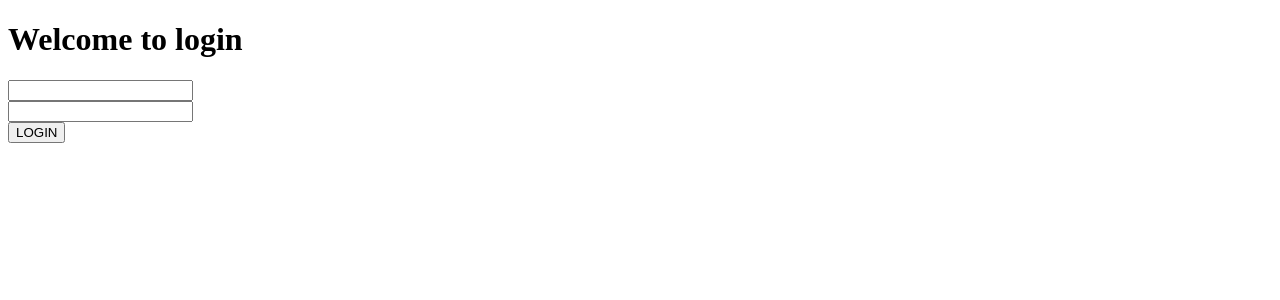
Repository: satishkumarms/WorkSpace
Page: http://localhost/MovieTicketBooking/login
These files come from the project's save history. The page is drawn as it stood at one moment and after the next save; the edit follows.
The browser window is 1280 px wide. The pictures show the whole page.
The page is served by Tomcat 9. Other server files are loaded and not shown.

Above is the page before, as saved 2018-07-21 11:26:21.

### MovieTicketBooking/WebContent/login.jsp
<%@ page language="java" contentType="text/html; charset=ISO-8859-1"
    pageEncoding="ISO-8859-1"%>
<!DOCTYPE html PUBLIC "-//W3C//DTD HTML 4.01 Transitional//EN" "http://www.w3.org/TR/html4/loose.dtd">
<html>
<head>
<meta http-equiv="Content-Type" content="text/html; charset=ISO-8859-1">
<title>Insert title here</title>
</head>
<body>
<h1> Welcome to login </h1>
<form action="movieLogin" method ="post">
<input type="text" name="login" value=""/></br>
<input type="password" name="password" value=""/></br>
<input type="submit"  value="LOGIN"/></br>
</form>

</body>
</html>

### MovieTicketBooking/src/com/servlets/MovieServlet.java
package com.servlets;

import java.io.IOException;
import javax.servlet.ServletConfig;
import javax.servlet.ServletException;
import javax.servlet.annotation.WebServlet;
import javax.servlet.http.HttpServlet;
import javax.servlet.http.HttpServletRequest;
import javax.servlet.http.HttpServletResponse;
import javax.servlet.http.HttpSession;

import org.apache.catalina.mbeans.UserMBean;

import com.servlets.bean.UserBean;
import com.servlets.service.MovieService;
import com.servlets.service.MovieServiceImpl;

/**
 * Servlet implementation class MovieServlet
 */
@WebServlet(urlPatterns={"/login","/movieLogin","/usercheck"})
public class MovieServlet extends HttpServlet {
	private static final long serialVersionUID = 1L;

	private MovieService mService;
	/**
	 * @see Servlet#init(ServletConfig)
	 */
	public void init(ServletConfig config) throws ServletException {
		// TODO Auto-generated method stub
		System.out.println("servlet started");
		mService = new MovieServiceImpl();
	}

	/**
	 * @see HttpServlet#doGet(HttpServletRequest request, HttpServletResponse response)
	 */
	protected void doGet(HttpServletRequest request, HttpServletResponse response) throws ServletException, IOException {
		// TODO Auto-generated method stub

		String path = request.getServletPath();
		System.out.println("path  "+ path);
		switch (path) {
		case "/login":
			  request.getRequestDispatcher("login.jsp").forward(request, response);
			   break;

		case "/movieLogin":
			  String user = request.getParameter("login");
			  String pswd = request.getParameter("password");
			  System.out.println("user:" +user);
			  UserBean uBean = new UserBean(user,pswd);
			  boolean valid = mService.authenticate(uBean);
			  System.out.println("valid "+valid);

			  HttpSession session = request.getSession(false);
			  if(valid)
			  {
				  session.setAttribute("muser", user);
				  request.getRequestDispatcher("register.jsp").forward(request, response);

			  }

			  break;
		 case "/usercheck":
	            String usr = request.getParameter("uname");
	            System.out.println("usr frm ajax: " + usr);
	            response.getWriter().write("got user:"+usr);
	            break;


		default:
			break;
		}


	}

	/**
	 * @see HttpServlet#doPost(HttpServletRequest request, HttpServletResponse response)
	 */
	protected void doPost(HttpServletRequest request, HttpServletResponse response) throws ServletException, IOException {
		// TODO Auto-generated method stub
		doGet(request, response);
	}

}

### MovieTicketBooking/src/com/servlets/service/MovieServiceImpl.java
package com.servlets.service;

import com.servlets.bean.UserBean;
import com.servlets.dao.MovieDao;
import com.servlets.dao.MovieDaoImpl;
import com.servlets.service.MovieService;

public class MovieServiceImpl implements MovieService {


	private MovieDao mDao;

	public MovieServiceImpl()
	{
		mDao = new MovieDaoImpl();
	}

	@Override
	public boolean authenticate(UserBean uBean) {

		// TODO Auto-generated method stub
		return mDao.authenticate(uBean);

	}

}

### MovieTicketBooking/src/com/servlets/dao/MovieDao.java
package com.servlets.dao;

import com.servlets.bean.UserBean;

public interface MovieDao {

	boolean authenticate(UserBean uBean);



}

### MovieTicketBooking/src/com/servlets/dao/MovieDaoImpl.java
package com.servlets.dao;

import java.sql.Connection;
import java.sql.PreparedStatement;
import java.sql.ResultSet;
import java.sql.SQLException;

import com.servlets.bean.UserBean;
import com.servlets.util.DBUtil;

public class MovieDaoImpl implements MovieDao {

	@Override
	public boolean authenticate(UserBean uBean) {
		// TODO Auto-generated method stub
		boolean valid = false;

		Connection conn = DBUtil.getConnection();
		System.out.println("con" + conn);

		PreparedStatement stmt;
		try {
			stmt = conn.prepareStatement("select user_type, password from userdetails where user_name=?");
			stmt.setString(1, uBean.getUser());
			ResultSet rs = stmt.executeQuery();
			if(rs.next())
			{

				String pswd = rs.getString(2);
				if(pswd!=null && pswd.equals(uBean.getPassword()))
				{
					String type = rs.getString(1);
					valid = true;
					uBean.setType(type);
				}
			}
		} catch (SQLException e) {
			// TODO Auto-generated catch block
			e.printStackTrace();
		}


		return valid;
	}




}

After the next save:
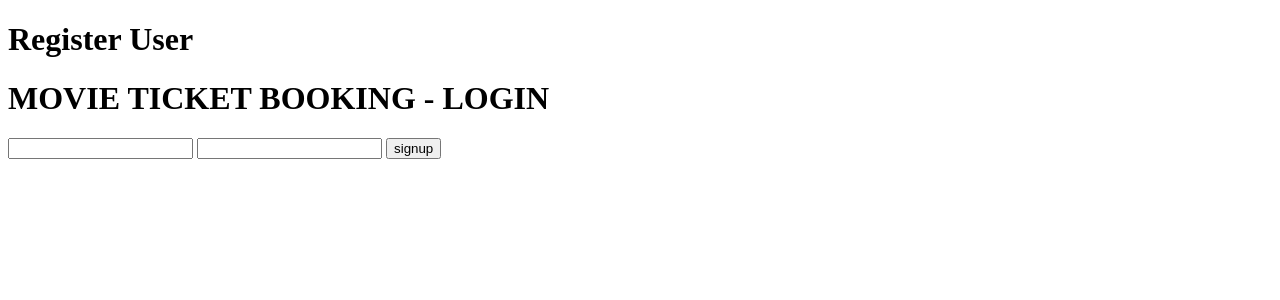
Saved 2 min 20 s later.
--- a/MovieTicketBooking/WebContent/login.jsp
+++ b/MovieTicketBooking/WebContent/login.jsp
@@ -6,13 +6,37 @@
 <meta http-equiv="Content-Type" content="text/html; charset=ISO-8859-1">
 <title>Insert title here</title>
 </head>
+
+<script>
+function checklogin(valuser) {
+    user = "";
+    xmlhttp = new XMLHttpRequest();
+    xmlhttp.onreadystatechange=function(){
+        if(xmlhttp.readyState==4){
+            user = xmlhttp.responseText;
+            alert("user: " + user);
+            var divElement = document.getElementById('mydiv');
+            divElement.innerHTML = user;
+        }
+    }
+    xmlhttp.open("GET","usercheck?uname="+valuser,true);
+    xmlhttp.send(null);
+ }
+ </script>
+</head>
 <body>
-<h1> Welcome to login </h1>
-<form action="movieLogin" method ="post">
-<input type="text" name="login" value=""/></br>
-<input type="password" name="password" value=""/></br>
-<input type="submit"  value="LOGIN"/></br>
+<h1> Register User</h1>
+
+
+
+<h1>MOVIE TICKET BOOKING - LOGIN</h1>
+<form action="usercheck" method ="post">
+<input type="text" name="uname" onblur="checklogin(this.value)">
+<input type="password" name="password">
+<input type="submit" value="signup">
+
 </form>
-
+   <div id="mydiv">
+   </div>
 </body>
 </html>
